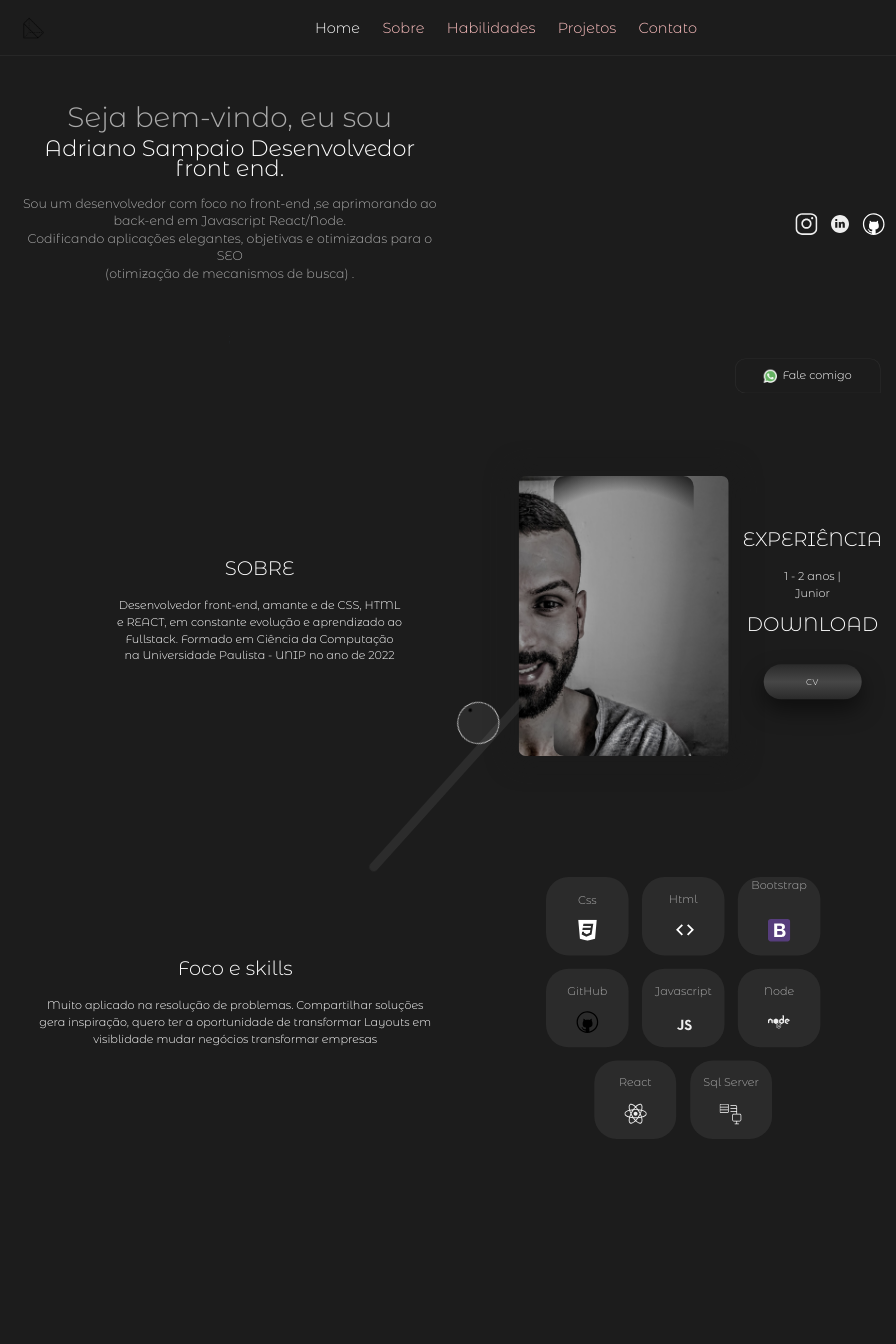
Repository: adrianodisam/NovoPortifolio
Page: /
An editor plug-in stored every save of this project. The page is shown before and after the next save, followed by the edit.
The browser window is 1280 px wide. The pictures show the part of the page from y = 0 to 1920 px (the page is 3024 px tall), at 70% of full size.
The project was rebuilt for these pictures with package versions that can differ from the ones it lists, and the page was loaded fresh each time. Imported but missing from the stored project, and not drawn on this page: src/componentes/Download/Adriano.pdf.

Above is the page before, as saved 2024-11-02 16:45:12.

After the next save:
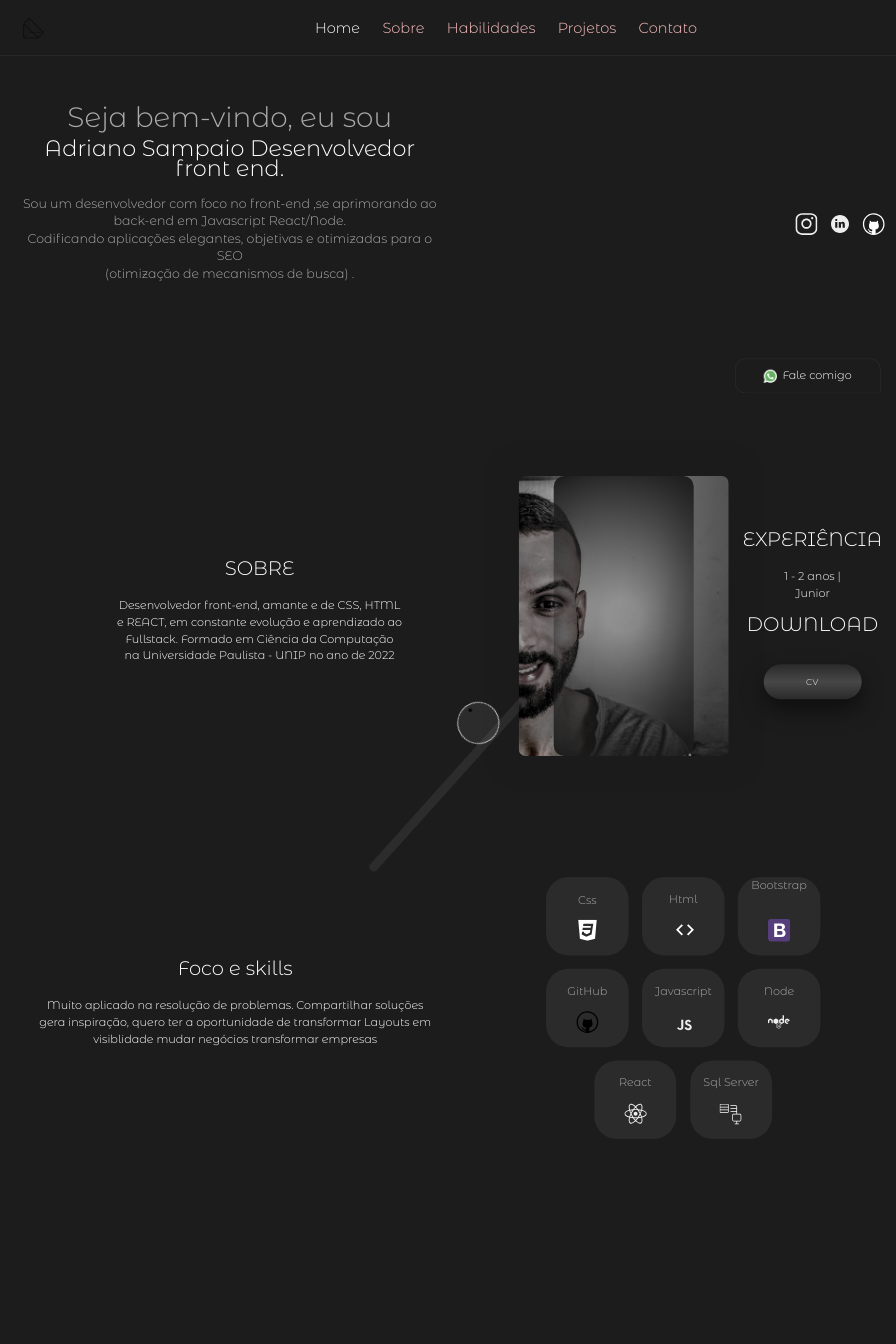
Saved 6 s later.
--- a/src/componentes/FotoSobre/FotoSobre.module.css
+++ b/src/componentes/FotoSobre/FotoSobre.module.css
@@ -24,7 +24,7 @@
   position: absolute;
   width: 200px; /* Um pouco maior que a imagem para o efeito de borda */
   height: 400px;
-  background: radial-gradient(circle, rgba(28, 28, 28, 0) 80%, #1c1c1c 100%);
+  background: radial-gradient(circle, rgba(28, 28, 28, 0) 10%, #1c1c1c 100%);
   border-radius: 15px;
   z-index: 0;
 }
